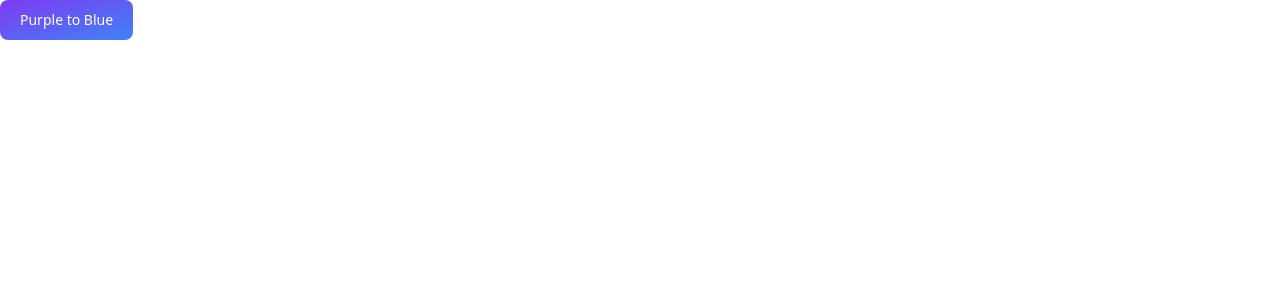
Repository: sodmaq/Todo-App
Page: /quote
These files come from the project's save history. The page is drawn as it stood at one moment and after the next save; the edit follows.
The browser window is 1280 px wide. The pictures show the whole page.
The page's requests for data from a server got no answer. The project was rebuilt for these pictures with package versions that can differ from the ones it lists, and the page was loaded fresh each time. No one was signed in, and anything a server would have sent is missing. Also part of the build but not shown: vite.config.js, src/components/Header.jsx, src/components/TodoInput.jsx, src/components/TodoItem.jsx, src/components/TodoList.jsx, src/Todo.jsx.

Above is the page before, as saved 2024-09-04 12:27:09.

After the next save:
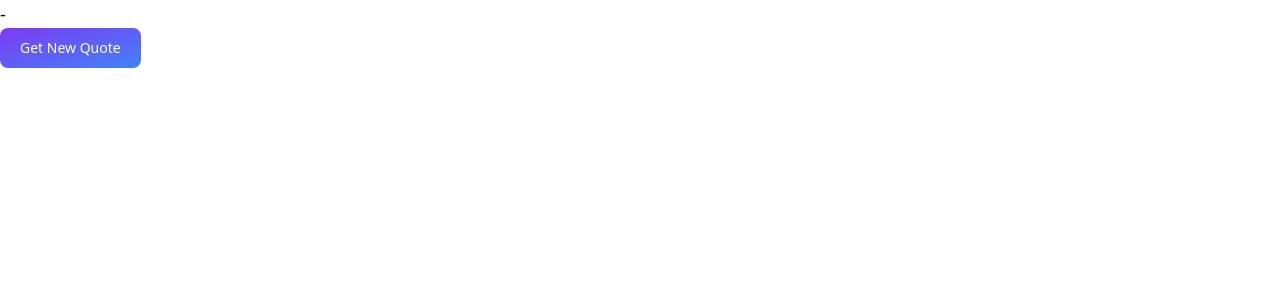
Saved 30 s later.
--- a/src/components/Quote.jsx
+++ b/src/components/Quote.jsx
@@ -1,18 +1,22 @@
 import { useEffect, useState } from "react";
 
 function Quote() {
-  const [quote, setQuote] = useState("");
-  const url = "https://api.quotable.io/quotes/random";
+  const [quote, setQuote] = useState({ content: "", author: "" });
+  const url = "https://api.quotable.io/random";
 
   useEffect(function () {
     const fetchQuote = async function () {
-      const response = await fetch(url);
-      if (!response.ok) {
-        throw new Error(response.statusText);
+      try {
+        const response = await fetch(url);
+        if (!response.ok) {
+          throw new Error(response.statusText);
+        }
+
+        const data = await response.json();
+        setQuote(data);
+      } catch (error) {
+        console.error("Error fetching the quote:", error);
       }
-
-      const data = await response.json();
-      setQuote(data);
     };
 
     fetchQuote();
@@ -21,13 +25,13 @@
   return (
     <div>
       <h1 className="text-3xl font-bold">{quote.content}</h1>
-      <h3 className="text-2xl font-bold">{quote.author}</h3>
+      <p className="text-lg">- {quote.author}</p>
       <button
-        onClick={() => setQuote()}
+        onClick={() => fetchQuote()} // Fetches a new quote when the button is clicked
         type="button"
         className="text-white bg-gradient-to-br from-purple-600 to-blue-500 hover:bg-gradient-to-bl focus:ring-4 focus:outline-none focus:ring-blue-300 dark:focus:ring-blue-800 font-medium rounded-lg text-sm px-5 py-2.5 text-center me-2 mb-2"
       >
-        Purple to Blue
+        Get New Quote
       </button>
     </div>
   );

After the save that followed:
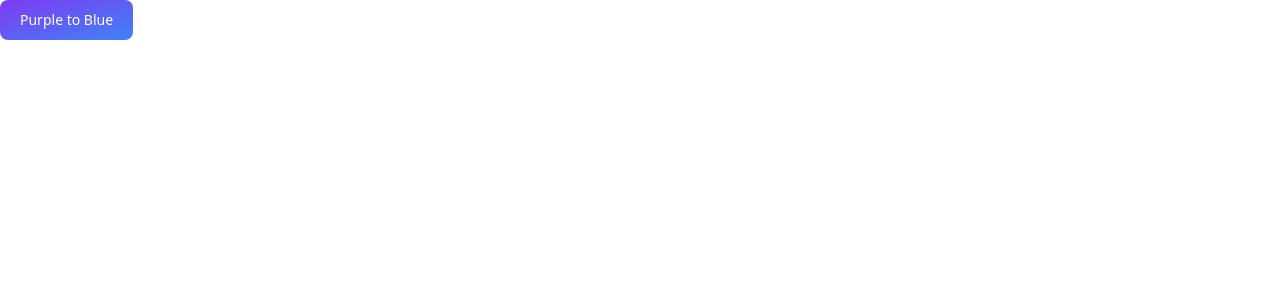
Saved 108 s later.
--- a/src/components/Quote.jsx
+++ b/src/components/Quote.jsx
@@ -1,22 +1,18 @@
 import { useEffect, useState } from "react";
 
 function Quote() {
-  const [quote, setQuote] = useState({ content: "", author: "" });
-  const url = "https://api.quotable.io/random";
+  const [quote, setQuote] = useState("");
+  const url = "https://api.quotable.io/quotes/random";
 
   useEffect(function () {
     const fetchQuote = async function () {
-      try {
-        const response = await fetch(url);
-        if (!response.ok) {
-          throw new Error(response.statusText);
-        }
+      const response = await fetch(url);
+      if (!response.ok) {
+        throw new Error(response.statusText);
+      }
 
-        const data = await response.json();
-        setQuote(data);
-      } catch (error) {
-        console.error("Error fetching the quote:", error);
-      }
+      const data = await response.json();
+      setQuote(data);
     };
 
     fetchQuote();
@@ -25,13 +21,13 @@
   return (
     <div>
       <h1 className="text-3xl font-bold">{quote.content}</h1>
-      <p className="text-lg">- {quote.author}</p>
+      <h3 className="text-2xl font-bold">{quote.author}</h3>
       <button
-        onClick={() => fetchQuote()} // Fetches a new quote when the button is clicked
+        onClick={() => setQuote()}
         type="button"
         className="text-white bg-gradient-to-br from-purple-600 to-blue-500 hover:bg-gradient-to-bl focus:ring-4 focus:outline-none focus:ring-blue-300 dark:focus:ring-blue-800 font-medium rounded-lg text-sm px-5 py-2.5 text-center me-2 mb-2"
       >
-        Get New Quote
+        Purple to Blue
       </button>
     </div>
   );
